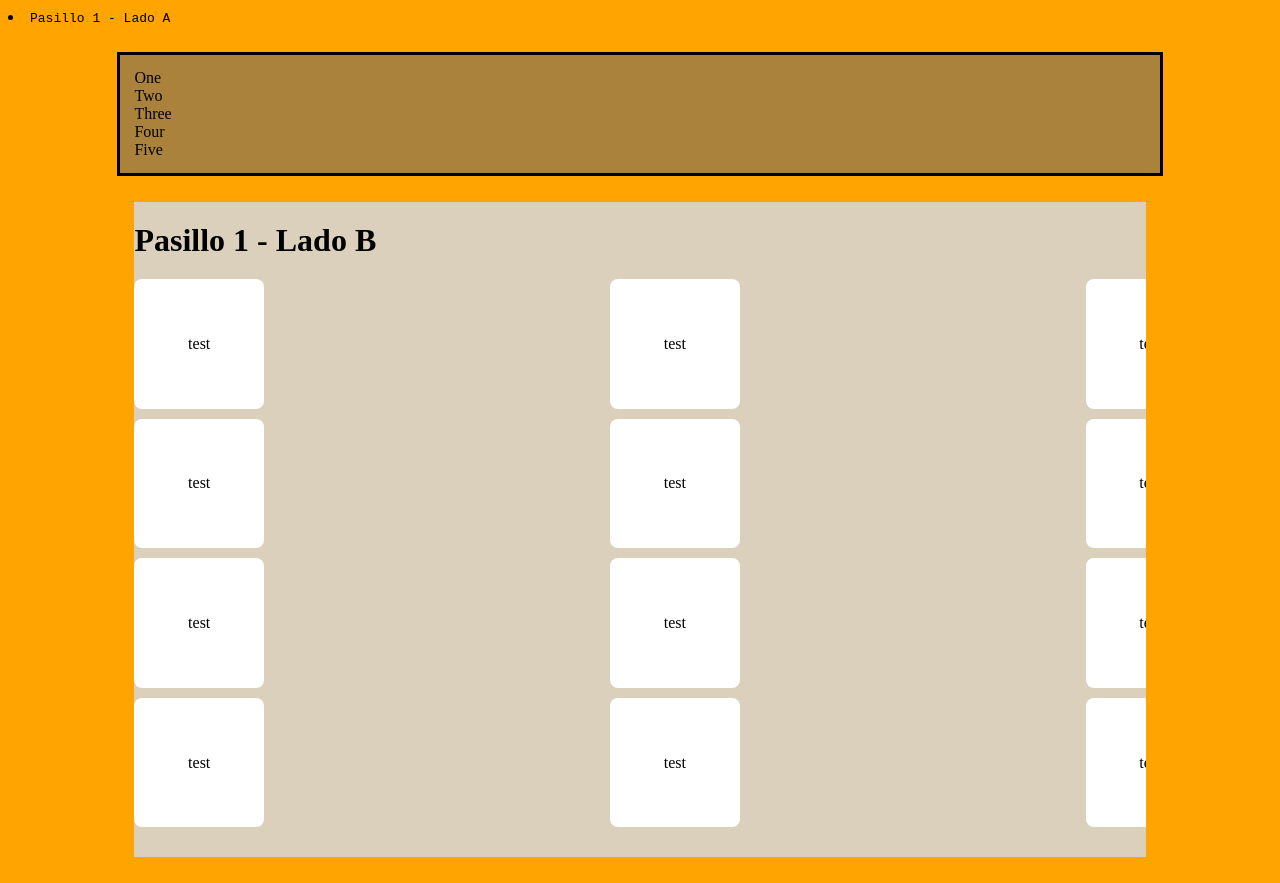
Repository: Franzcod/DepoStock_Web
Page: index.html
These files come from the project's save history. The page is drawn as it stood at one moment and after the next save; the edit follows.
The browser window is 1280 px wide. The pictures show the whole page.

Above is the page before, as saved 2020-06-07 02:47:38.
Console error: ReferenceError: ur is not defined

### index.html
<!DOCTYPE html>
<html lang="en">
<head>
    <meta charset="UTF-8">
    <meta name="viewport" content="width=device-width, initial-scale=1.0">
    <title>Deposito Probusol</title>

    <link rel="stylesheet" href="estilo/estilo.css">
</head>
<body>

    <li><code>Pasillo 1 - Lado A</code>
        <div id="div2">
            <div class="wrapper">
                <div class="box1">One</div>
                <div class="box2">Two</div>
                <div class="box3">Three</div>
                <div class="box4">Four</div>
                <div class="box5">Five</div>
            </div>
        </div>
    </li>

    <div class="app">
        <h1>Pasillo 1 - Lado B</h1>

        <ul class="hs">
            <li class="item">test</li>
            <li class="item">test</li>
            <li class="item">test</li>
            <li class="item">test</li>
            <li class="item">test</li>
            <li class="item">test</li>
            <li class="item">test</li>
            <li class="item">test</li>
            <li class="item">test</li>
            <li class="item">test</li>
            <li class="item">test</li>
            <li class="item">test</li>

        </ul>

        <!-- <div class="container">
            <div class="item">
            <h3>Block for context</h3>
            </div>
        </div> -->
    </div>






    <script>ur</script>

</body>







</html>

### estilo/estilo.css
html{
    background-color: rgba(255, 164, 0, 1);
}

#div2 {
    border: 3px solid black;
    width:  80%;
    height: 40%;
    margin: 2vw auto;
    padding: 2vh 2vh;
    background-color: rgba(105, 105, 105, 0.565);
}

#div2 { overflow-x: scroll;}

:root {
--gutter: 20px;
}

.app {
padding: var(--gutter) 0;
display: grid;
grid-gap: var(--gutter) 0;
/* grid-template-columns: var(--gutter) 1fr var(--gutter); */
align-content: start;
}

/* .app > * {
grid-column: 2 / 2;
} */
/*
.app > .full {
grid-column: 1 / -1;
} */

.hs {
    display: grid;
    grid-gap: calc(var(--gutter) / 2);
    grid-template-columns: repeat(3, calc(50% - var(--gutter) * 2));
    grid-template-rows: minmax(7vw, 1fr);

    overflow-x: scroll;
    /* scroll-snap-type: x proximity; */
    padding-bottom: calc(.75 * var(--gutter));
    margin-bottom: calc(-.25 * var(--gutter));

}

/* Demo styles */

ul {
    list-style: none;
    padding: 0;
    margin: 0;
}

h1,
h2,
h3 {
    margin: 0;
}

.app {
    width: 80%;
    height: 30%;
    background: #DBD0BC;
    overflow-y: scroll;
    margin: 2vw auto;

}

.hs > li,
.item {
    scroll-snap-align: center;
    padding: calc(var(--gutter) / 1 );
    display: flex;
    flex-direction: column;
    justify-content: center;
    align-items: center;
    background: #fff;
    border-radius: 8px;
    height: 7vw;
    width: 7vw;
}

After the next save:
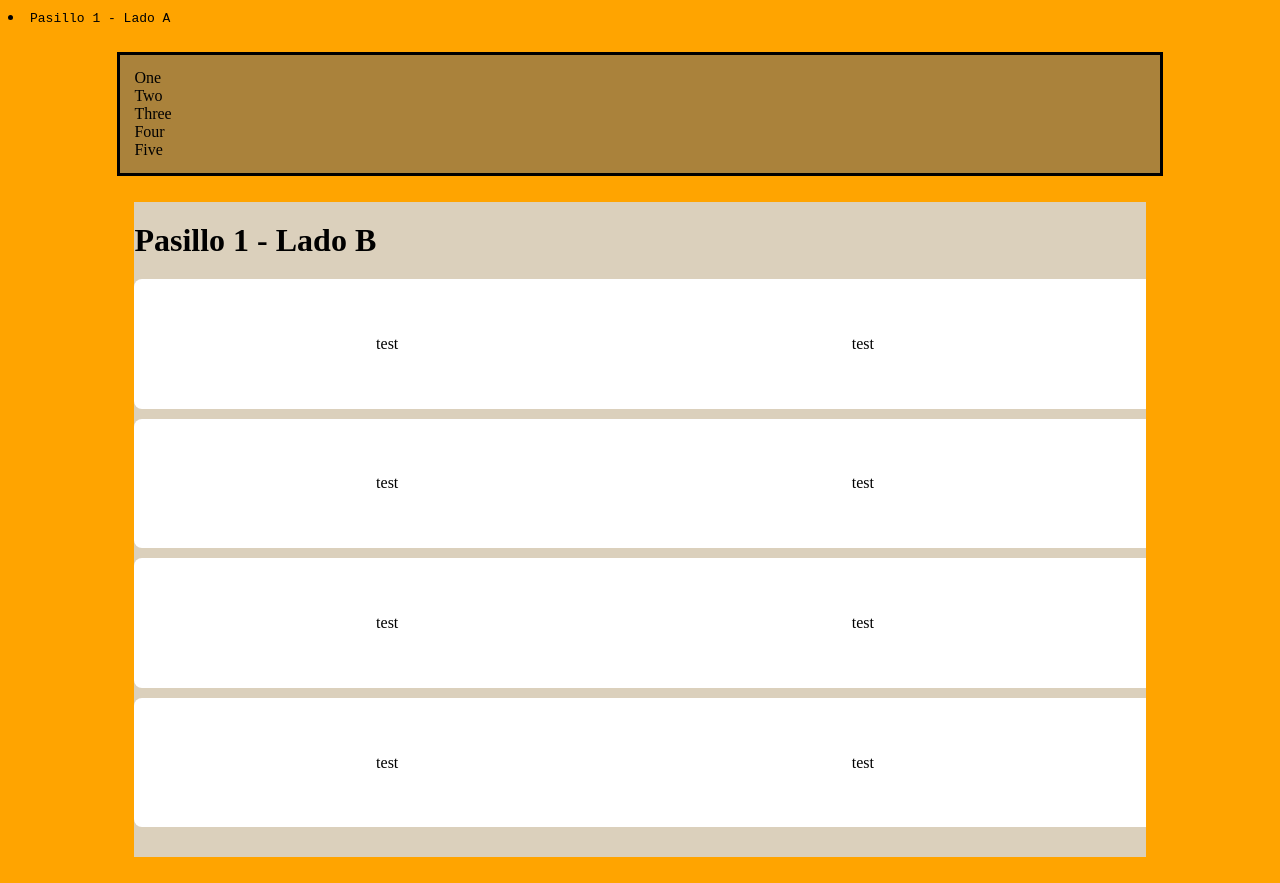
Saved 22 s later.
--- a/estilo/estilo.css
+++ b/estilo/estilo.css
@@ -80,5 +80,5 @@ h3 {
     background: #fff;
     border-radius: 8px;
     height: 7vw;
-    width: 7vw;
+    width: 100%;
 }
